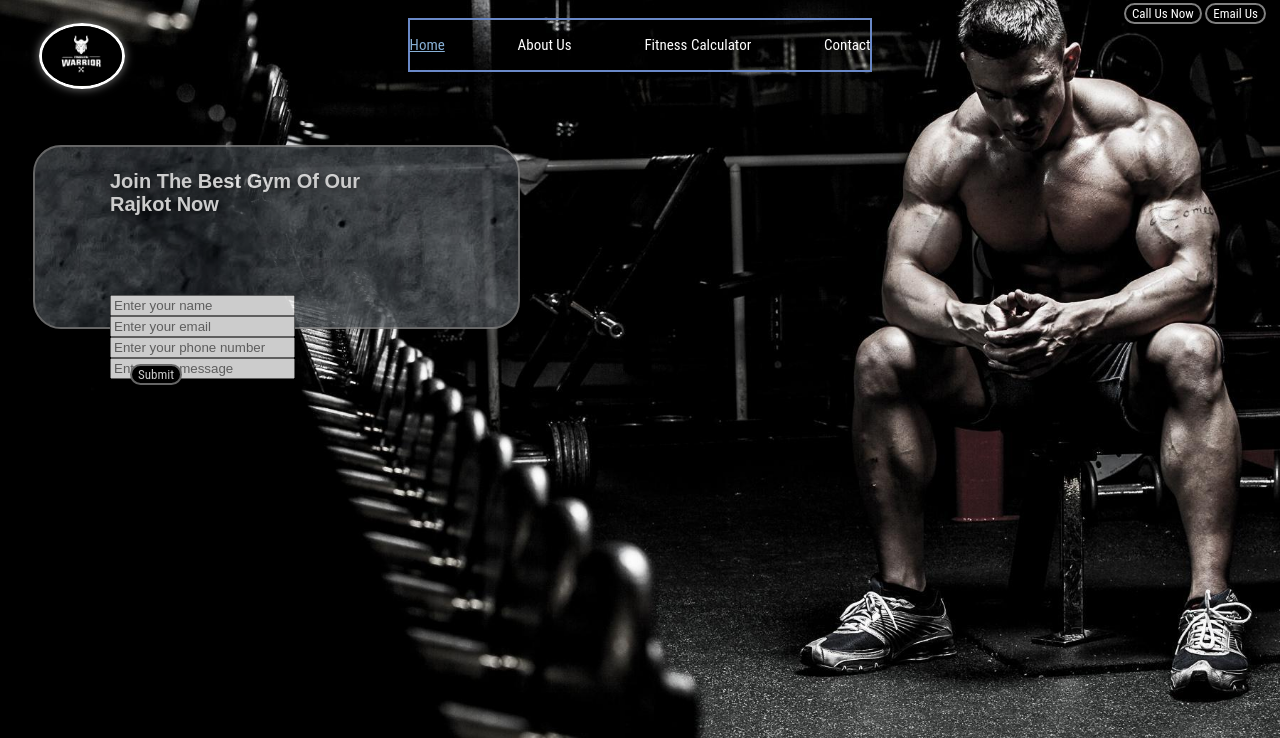
Repository: asthaasquare/project-1
Page: project-1/index.html
These files come from the project's save history. The page is drawn as it stood at one moment and after a run of saves; the edit follows.
The browser window is 1280 px wide. The pictures show the whole page.
Some web fonts or font styles are not loaded; a fallback is used.

Above is the page before, as saved 2024-05-10 09:45:17.

### project-1/index.html
  <!DOCTYPE html>
  <html lang="en">
  <head>
    <meta charset="UTF-8" />
    <meta name="viewport" content="width=device-width, initial-scale=1.0" />
    <title>Fit World</title>
    <link rel="preconnect" href="https://fonts.googleapis.com" />
    <link rel="preconnect" href="https://fonts.gstatic.com" crossorigin />
    <link href="https://fonts.googleapis.com/css2?family=Jersey+10&display=swap" rel="stylesheet" />
    <link rel="stylesheet" href="css/style.css" />
    <style>
      body {
        color: white;
        margin: 0;
        padding: 0;
        background-image: url("img/1087639.jpg");
        background-size: cover; /* This will make sure the image covers the entire background */
        background-position: center; /* This will center the image within the container */
        height: 100vh; /* This will set the height of the background to the viewport height */
        font-family: "Roboto Condensed", sans-serif;
        font-optical-sizing: auto;
      }

      .left {
        /* border: 2px double rgb(75, 62, 62); */
        display: inline-block;
        position: absolute;
        top: 0px;
        left: 34px;
        padding: 5px; /* Add some padding around the logo */
      }

      .left img {
        width: 80px;
        height: auto;
        border-radius: 50%;
        border: 3px solid white;
        box-shadow: 0 0 10px rgba(255, 255, 255, 0.5);
      }

      .left div {
        line-height: 0px;
      }

      .mid {
        margin: 18px auto;
        display: block;
        width: 36%;
        border: 2px double rgb(106, 137, 200);
      }

      .right {
        position: absolute;
        display: inline-block;
        /* border: 2px double rgb(100, 96, 222); */
        top: 0px;
        right: 34px;
      }

      .navbar {
        display: flex; /* Use flexbox for better alignment */
        justify-content: space-between; /* Distribute items evenly across the container */
        align-items: center; /* Center items vertically */
        padding: 0;
      }

      .navbar li {
        font-size: 15px;
        list-style: none; /* Remove default list styles */
        margin-right: 20px; /* Add some spacing between navbar items */
      }

      .navbar li a {
        color: white;
        text-decoration: none;
      }

      .navbar li a:hover,
      .navbar li a.active {
        text-decoration: underline;
        color: rgb(136, 177, 215);
      }

      .navbar li:last-child {
        margin-right: 0; /* Remove margin from the last navbar item */
      }

      .header {
        position: relative; /* Set position to relative to allow absolute positioning of child elements */
      }

      .container {
        border: 2px solid grey;
        margin: 73px 33px;
        padding: 75px;
        width: 26%;
        background-image: url(img/bg1.jpg);
        opacity: 80%;
        z-index: -1;
        height: 30px;
        border-radius: 28px;
      }

      .btn {
        margin: 0px 0px;
        color: white;
        background-color: black;
        position: relative;
        right: 22px;
        top: -15px;
        left: 20px;
        border: 2px solid grey;
        border-radius: 13px;
        font-size: 13px;
        cursor: pointer;
        transition: background-color 0.3s, border-color 0.3s;
        font-family: "Roboto Condensed", sans-serif;
      }

      .btn:hover {
        background-color: grey; /* Change background color on hover */
        border-color: black; /* Change border color on hover */
      }

      h1 {
        position: relative;
        top: -65px;
        color: white;
        font-size: 20px; /* Adjust the font size as needed */
        font-weight: bold; /* Optionally adjust the font weight */
        font-family: 'Poetsen One', sans-serif; /* Apply the Poetsen One font */
        text-shadow: 2px 2px 8px rgba(0, 0, 0, 0.5); /* Update the text shadow */
        width: 280px;
        padding: 0px;
      }

      .form{
        position: relative;
      }
    </style>
  </head>
  <body>
    <header class="header">
      <div class="left">
        <img src="img/logo.jpg" alt="Logo" />
      </div>
      <div class="mid">
        <ul class="navbar">
          <li><a href="#" class="active">Home</a></li>
          <li><a href="#">About Us</a></li>
          <li><a href="#">Fitness Calculator</a></li>
          <li><a href="#">Contact</a></li>
        </ul>
      </div>
      <div class="right">
        <button class="btn">Call Us Now</button>
        <button class="btn">Email Us</button>
      </div>
    </header>
    <div class="container">
      <h1>Join The Best Gym Of Our Rajkot Now</h1>

      <form action="noaction.php" class="form">

        <div class="form-group">
          <input type="text" name="name" placeholder="Enter your name">
        </div>
        <div class="form-group">
          <input type="text" name="email" placeholder="Enter your email">
        </div>
        <div class="form-group">
          <input type="text" name="phone" placeholder="Enter your phone number">
        </div>
        <div class="form-group">
          <input type="text" name="message" placeholder="Enter your message">
        </div>
        <button type="submit" class="btn">Submit</button>
      </form>
    </div>
  </body>
  </html>

Loaded but not shown: project-1/css/style.css (no stored copy; drawn as an empty file)

After the next 3 saves:
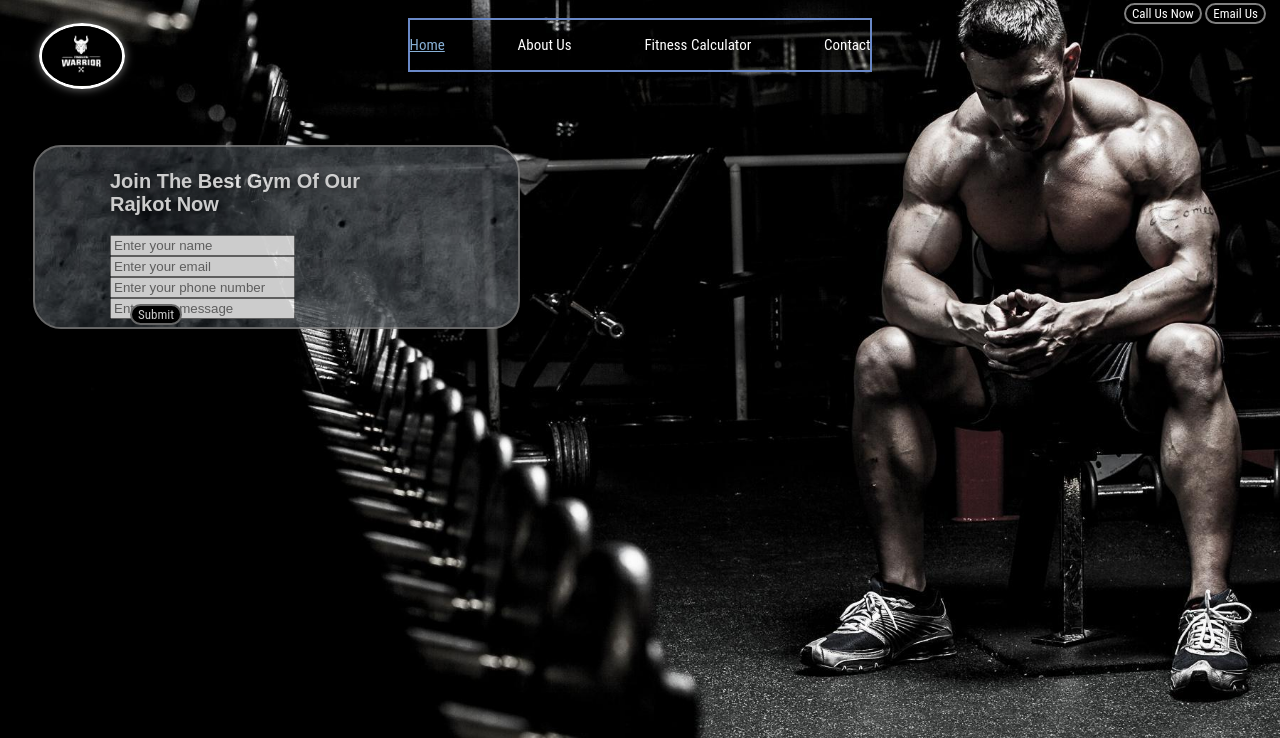
The 3 saves are shown as one change because they came seconds apart.
The last was saved 80 s later.
--- a/project-1/index.html
+++ b/project-1/index.html
@@ -136,6 +136,7 @@
 
       .form{
         position: relative;
+        bottom: 60px;
       }
     </style>
   </head>
